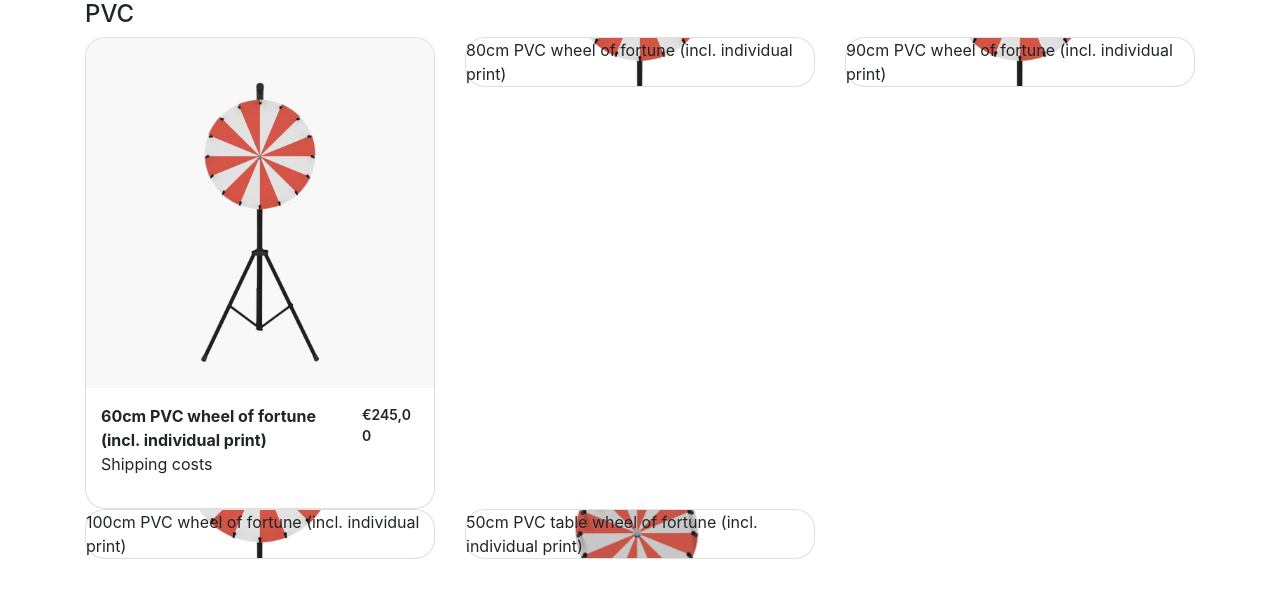
Repository: Awaisp-irfan/fahad-project
Page: pvc.html
The author's editor kept a copy of each file at every save. The page is drawn from the files as they stood at one save, then again after the next save.
The browser window is 1280 px wide. The pictures show the whole page.

Above is the page before, as saved 2022-06-30 09:20:45.

### pvc.html
<!DOCTYPE html>
<html lang="en">
  <head>
    <meta charset="UTF-8" />
    <meta http-equiv="X-UA-Compatible" content="IE=edge" />
    <meta name="viewport" content="width=device-width, initial-scale=1.0" />
    <link
      rel="stylesheet"
      href="https://cdn.jsdelivr.net/npm/bootstrap@4.6.1/dist/css/bootstrap.min.css"
      integrity="sha384-zCbKRCUGaJDkqS1kPbPd7TveP5iyJE0EjAuZQTgFLD2ylzuqKfdKlfG/eSrtxUkn"
      crossorigin="anonymous"
    />

    <link rel="stylesheet" href="./style.css" />
    <title>Document</title>
  </head>
  <body>
    <div class="container">
      <div class="row">
        <div class="col-lg-12">
          <h4 class="heading">PVC</h4>
        </div>
      </div>

      <div class="row">
        <div class="col-lg-4">
          <div class="card">
            <div class="img-div">
              <div class="cm60-img"></div>
            </div>
            <div class="cm60-content d-flex justify-content-between my-lg-3">
              <div class="col-lg-9">
                <p class="cm60-title">60cm PVC wheel of fortune (incl. individual print)</p>
                <p class="">Shipping costs</p>
              </div>
              <div class="col-lg-3">
                <p class="price">
                    €245,00
              </p></div>
            </div>
          </div>
        </div>
        <div class="col-lg-4">
          <div class="card img-div">
            <div class="cm80">
              80cm PVC wheel of fortune (incl. individual print)
            </div>
          </div>
        </div>
        <div class="col-lg-4">
          <div class="card img-div">
            <div class="cm90">
              90cm PVC wheel of fortune (incl. individual print)
            </div>
          </div>
        </div>
        <div class="col-lg-4">
          <div class="card img-div">
            <div class="cm100">
              100cm PVC wheel of fortune (incl. individual print)
            </div>
          </div>
        </div>
        <div class="col-lg-4">
          <div class="card img-div">
            <div class="cm50">
              50cm PVC table wheel of fortune (incl. individual print)
            </div>
          </div>
        </div>
      </div>
    </div>
  </body>
</html>

### style.css
.pvc{
    background-image: url(./assests/2289977149.jpg);
    background-size: cover;
    background-position: center;
    background-repeat: no-repeat;
    height: 100%;
    border-radius: 20px;
}

.col-lg-4>a > .img-div{
    height: 400px;
    border-radius: 20px;
}
.card{
    border-radius: 20px;
}
.card>.img-div{
    height: 350px;
    border-top-left-radius: 20px;
    border-top-right-radius: 20px;
    background-color: rgb(248, 248, 248);
}
.wooden{
    background-image: url(./assests/wooden.jpg);
    background-size: cover;
    background-position: center;
    background-repeat: no-repeat;
    height: 100%;
    border-radius: 20px;
}

.display{
    background-image: url(./assests/display.jpg);
    background-size: cover;
    background-position: center;
    background-repeat: no-repeat;
    height: 100%;
    border-radius: 20px;
}
.cm60-img{
    background: url(./assests/60cm_PVC-removebg-preview.png);

    background-size: cover;
    background-position: center;
    background-repeat: no-repeat;
    height: 100%;
    border-radius: 20px;
}

.cm80{
    background: url(./assests/80cm_PVC-removebg-preview.png);

    background-size: cover;
    background-position: center;
    background-repeat: no-repeat;
    height: 100%;
    border-radius: 20px;
}

.cm90{
    background: url(./assests/90cm_PVC-removebg-preview.png);

    background-size: cover;
    background-position: center;
    background-repeat: no-repeat;
    height: 100%;
    border-radius: 20px;
}
.cm100{
    background: url(./assests/100cm_PVC-removebg-preview.png);

    background-size: cover;
    background-position: center;
    background-repeat: no-repeat;
    height: 100%;
    border-radius: 20px;
}

.cm50{
    background: url(./assests//50cm\ PVC.png);

    background-size: cover;
    background-position: center;
    background-repeat: no-repeat;
    height: 100%;
    border-radius: 20px;
}

.cm60-title{
    font-weight: bold;
    font-size: 16px;
    margin: 0;
    padding: 0;
}

.price{
    font-size: 14px;
    font-weight: 600;
    margin: 0;
    padding: 0;
}

After the next save:
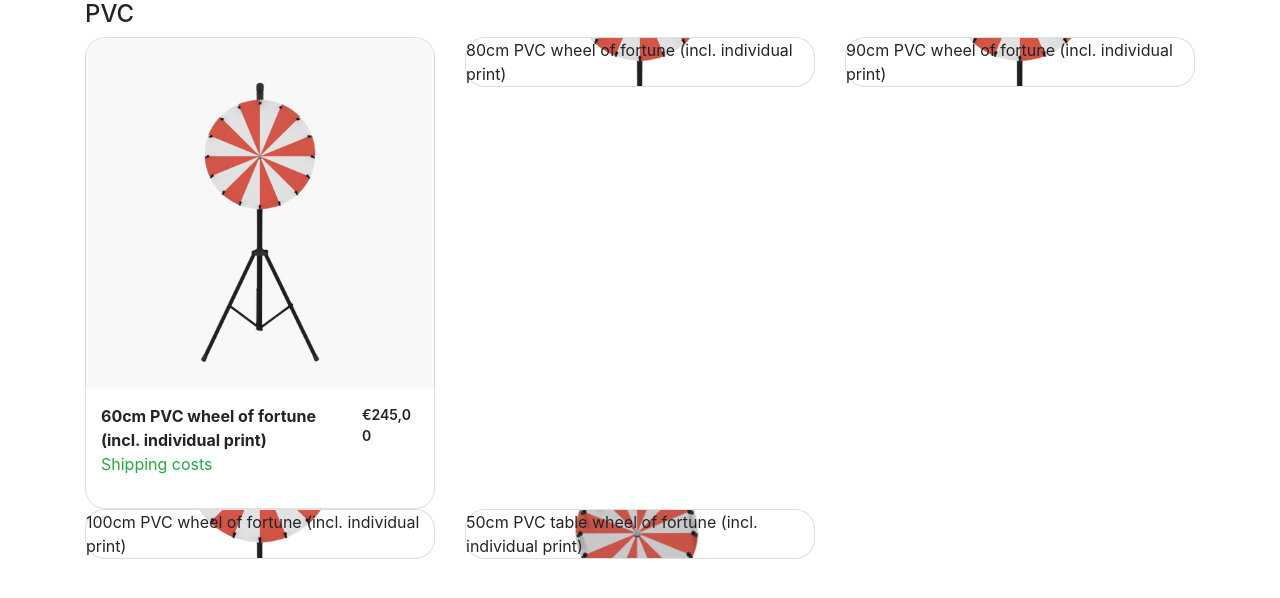
Saved 43 s later.
--- a/pvc.html
+++ b/pvc.html
@@ -31,7 +31,7 @@
             <div class="cm60-content d-flex justify-content-between my-lg-3">
               <div class="col-lg-9">
                 <p class="cm60-title">60cm PVC wheel of fortune (incl. individual print)</p>
-                <p class="">Shipping costs</p>
+                <p class="text-success">Shipping costs</p>
               </div>
               <div class="col-lg-3">
                 <p class="price">
